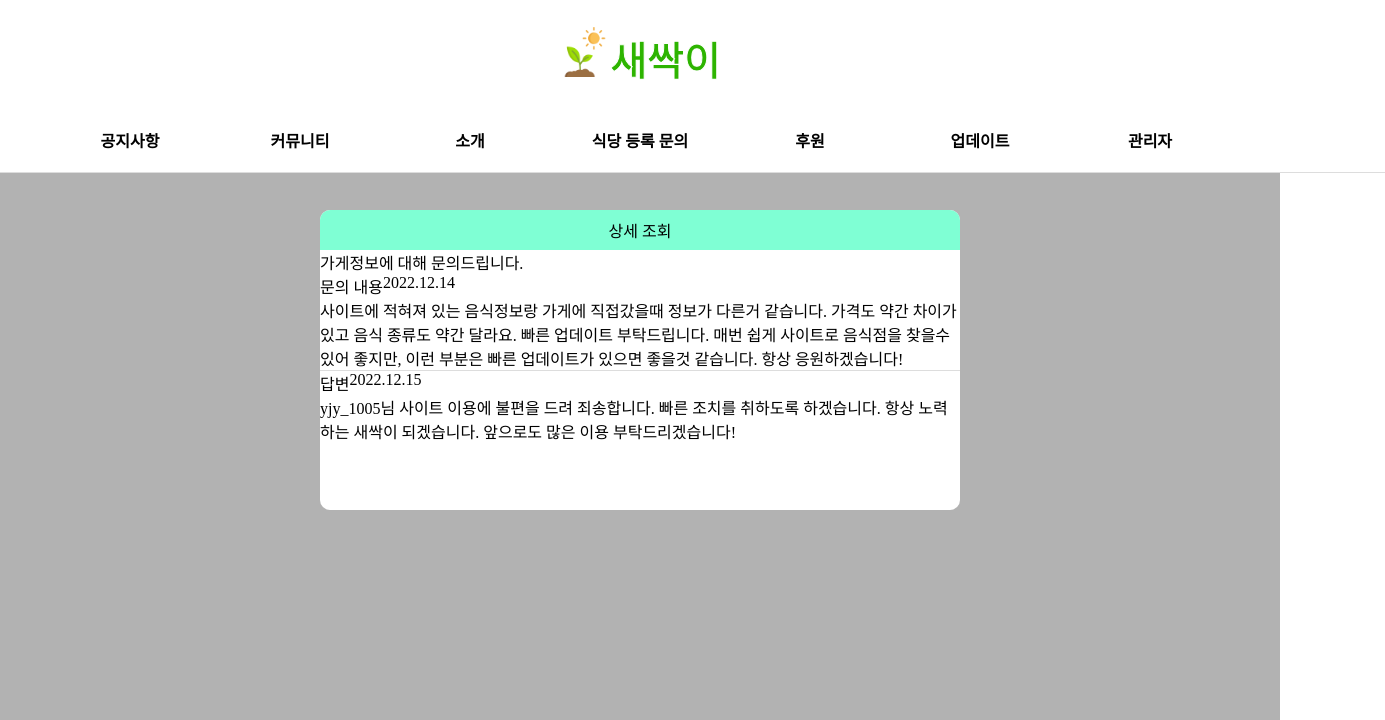
Repository: Seedye/Seedye
Page: team/src/main/webapp/html/board/board-view.html
An editor plug-in stored every save of this project. The page is shown before and after the next save, followed by the edit.
The browser window is 1280 px wide. The page is 1385 px wide, so the pictures cover 1385 px, including what lies to the right of the window. The pictures show the whole page.
Some web fonts or font styles are not loaded; a fallback is used. Some web libraries are served in a nearby version.

Above is the page before, as saved 2022-12-15 11:24:00.

### team/src/main/webapp/html/board/board-view.html
<!DOCTYPE html>
<html lang="en">
<head>
  <meta charset="UTF-8">
  <meta http-equiv="X-UA-Compatible" content="IE=edge">
  <meta name="viewport" content="width=device-width, initial-scale=1.0">
  <link rel="stylesheet" href="../../resources/css/header.css">
  <link rel="stylesheet" href="../../resources/css/board/board-view-style.css">
  <title>게시물 상세보기모달</title>

  <script src="https://kit.fontawesome.com/95f413b465.js" crossorigin="anonymous"></script>

</head>
<body>
  <header>
    <!-- 헤더 -->
    <section id="header-container">
        <!-- 로고 -->
        <section id="header-section">
            <a href="#"><img id="logo" src="../../resources/images/새싹이.png"></a>
            <a href="#" id="logo-content">새싹이</a>
        </section>
        <!-- 메뉴창 -->
        <nav id="nav-bar">
            <ul>
                <li><a href="#"></a>공지사항</li>
                <li><a href="#"></a>커뮤니티</li>
                <li><a href="#"></a>소개</li>
                <li><a href="#"></a>식당 등록 문의</li>
                <li><a href="#"></a>후원</li>
                <li><a href="#"></a>업데이트</li>
                <li><a href="#"></a>관리자</li>
            </ul>
        </nav>
    </section>
</header>
  <div class="board-view-modal">
    <div class="board-view-area">
      <!-- /* 상세보기 */ -->
      <div class="board-view-title">
        <p>상세 조회</p>
      </div>
      <!-- /* 상세보기 내용 */ -->
      <div class="board-view-content-coment">
          <p>가게정보에 대해 문의드립니다.</p>

        <div class="board-view-content-detail">
          <div class="board-view-content-content">
            <p>문의 내용</p>
            <p>2022.12.14</p>
          </div>
          <p>
            사이트에 적혀져 있는 음식정보랑 가게에 직접갔을때 정보가 다른거 같습니다.
            가격도 약간 차이가 있고 음식 종류도 약간 달라요. 빠른 업데이트 부탁드립니다.
            매번 쉽게 사이트로 음식점을 찾을수 있어 좋지만,
            이런 부분은 빠른 업데이트가 있으면 좋을것 같습니다. 항상 응원하겠습니다!
          </p>
          <!-- <div class="board-view-content-img-area">
            <div class="board-view-content-img">
              <img src="../../resources/images/게시판테스트img1.jpg" alt="">
            </div>
            <div class="board-view-content-img">
              <img src="../../resources/images/게시판테스트img2.jpg" alt="">
            </div>
            <div class="board-view-content-img">
              <img src="../../resources/images/게시판테스트img3.jpg" alt="">
            </div>
          </div> -->
        </div>
      </div>
      <div class="board-view-content-coment">
        <div class="board-view-content-content">
          <p>답변</p>
          <p>2022.12.15</p>
        </div>

        <p>yjy_1005님 사이트 이용에 불편을 드려 죄송합니다. 빠른 조치를 취하도록 하겠습니다.
          항상 노력하는 새싹이 되겠습니다. 앞으로도 많은 이용 부탁드리겠습니다!
        </p>
      </div>
    </div>
  </div>
</body>
</html>

### team/src/main/webapp/resources/css/header.css

@font-face {
    font-family: 'yg-jalnan';
    src: url('https://cdn.jsdelivr.net/gh/projectnoonnu/noonfonts_four@1.2/JalnanOTF00.woff') format('woff');
    font-weight: normal;
    font-style: normal;
}


@font-face {
    font-family: 'NIXGONM-Vb';
    src: url('https://cdn.jsdelivr.net/gh/projectnoonnu/noonfonts_six@1.2/NIXGONM-Vb.woff') format('woff');
    font-weight: normal;
    font-style: normal;
}

*{
    box-sizing: border-box;
    margin: 0;
    padding: 0;
}

header{
    position: sticky;
    top: 0;
    background-color: white;
    z-index: 1000;
}

body{
    display: flex;
    justify-content: center;
    align-items: center;
    flex-direction: column;
}

#header-section{
    width: 100%;
    display: flex;
    justify-content: center;
    align-items: center;
    margin-top: 20px;
}

#logo{
    width: 50px;
    height: 50px;
}

#logo-content{
    color: #2db400;
    -webkit-text-stroke: 1px white;
    text-decoration: none;
    font-weight: bold;
    font-family: yg-jalnan;
    font-size: 40px;
    padding-top: 10px;
}

#nav-bar{
    display: flex;
    justify-content: center;
    margin: 20px 0px  0px  0px;
}

#nav-bar > ul {
    /* width: 100vw; */
    display: flex;
    justify-content: space-between;
    font-weight: bold;
    border-bottom: 1px solid #ddd;
    padding: 0px 150px;
}

#nav-bar > ul > li{
    font-family: NIXGONM-Vb;
    float: left;
    display: flex;
    justify-content: center;
    padding: 20px 35px;
    border-radius: 6px;
    cursor: pointer;
    width: 170px;
    height: auto;
}

#nav-bar > ul > li:hover{
    background-color: rgba(45, 180, 0, 0.6);
    color: white;
    transition-duration: 0.3s;
}

footer {
    width: 1200px;
    height: 134px;
    color: gray;
    font-size: var(--small-font-size);
    padding: 20px 0;

    display: flex;
    flex-direction: column;
    justify-content: space-around;
    align-items: center;

    /* position: absolute; */
    bottom: 0;

    border-top: 1px solid #ddd;
  }

  footer a {
    color: gray;
  }

### team/src/main/webapp/resources/css/board/board-view-style.css
*{
  font-family: "NIXGONM-Vb";
}
.board-view-modal{
  top: 0; left: 0;
  position: absolute;
  width: 100vw;
  height: 100vh;
  background-color: rgba(0, 0, 0, 0.3);

  /* display: none; */
  display: flex;
  align-items: center;
  justify-content: center;
}
/* 상세보기 흰영역 */
.board-view-area{
  width: 50vw;
  min-width: 400px;
  height: auto;
  min-height: 300px;
  background-color: white;
  border-radius: 10px;
  overflow: auto;
}
/* 상세보기 제목 */
.board-view-title{
  width: 100%;
  height: 40px;
  background-color: aquamarine;
  display: flex;
  align-items: center;
  justify-content: center;

}
/* 상세보기 내용 */
.board-view-content{
  padding: 10px;
}
.board-view-content>p:first-child{
  /* padding: 10px; */
  border-bottom: 1px solid #ddd;
}
.board-view-content-content{
  display: flex;
  flex-direction: space-between;
}
.board-view-content-detail{
  border-bottom: 1px solid #ddd;
}

After the next save:
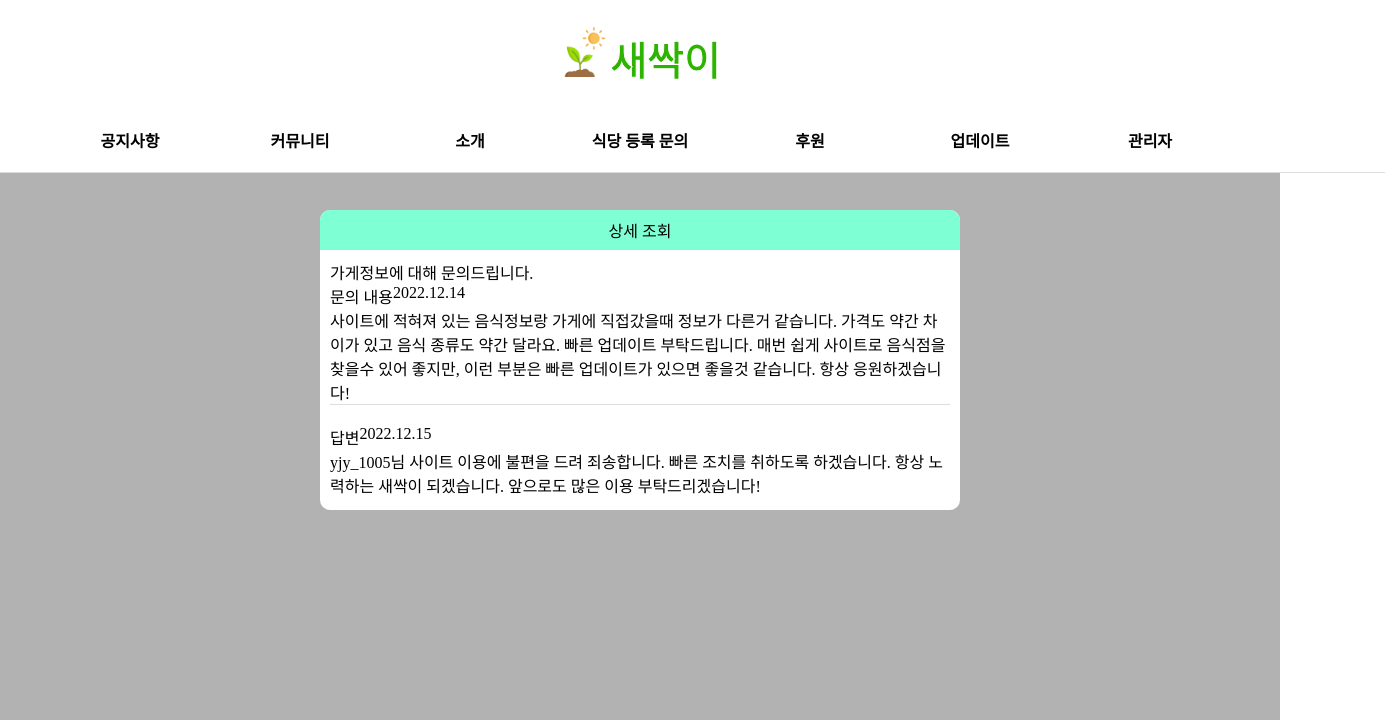
Saved 8 s later.
--- a/team/src/main/webapp/resources/css/board/board-view-style.css
+++ b/team/src/main/webapp/resources/css/board/board-view-style.css
@@ -34,7 +34,7 @@
 
 }
 /* 상세보기 내용 */
-.board-view-content{
+.board-view-content-coment{
   padding: 10px;
 }
 .board-view-content>p:first-child{
